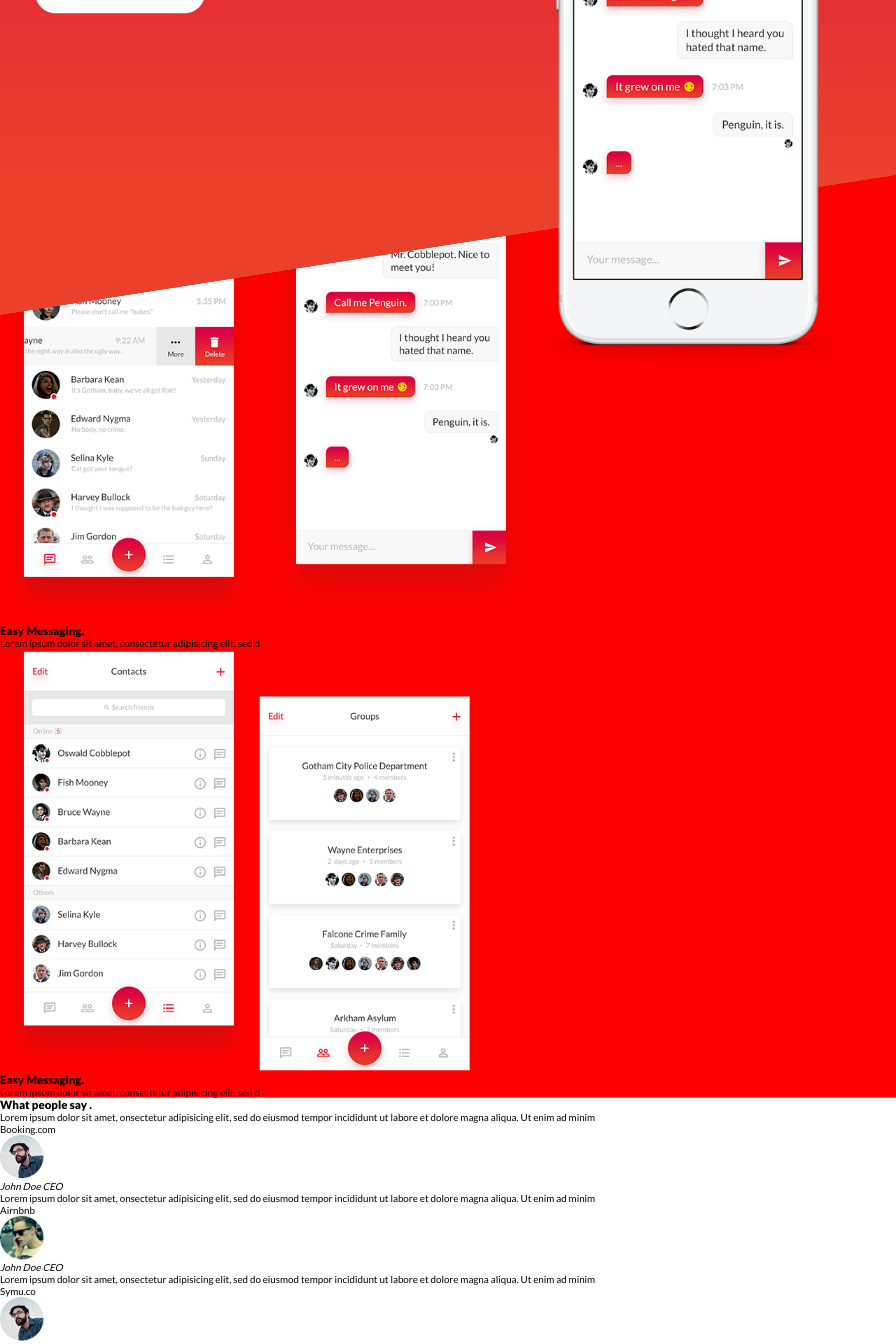
Repository: baumanmilosz/heyu
Page: index.html
These files come from the project's save history. The page is drawn as it stood at one moment and after the next save; the edit follows.
The browser window is 1280 px wide. The pictures show the part of the page from y = 660 to 2580 px (the page is 4050 px tall before and 2732 px after), at 70% of full size.
Some web libraries are served in a nearby version. The style sheet was rebuilt from its Sass, Less or Tailwind sources for each picture, by a compiler version that may differ from the author's.

Above is the page before, as saved 2019-04-12 14:40:29.

After the next save:
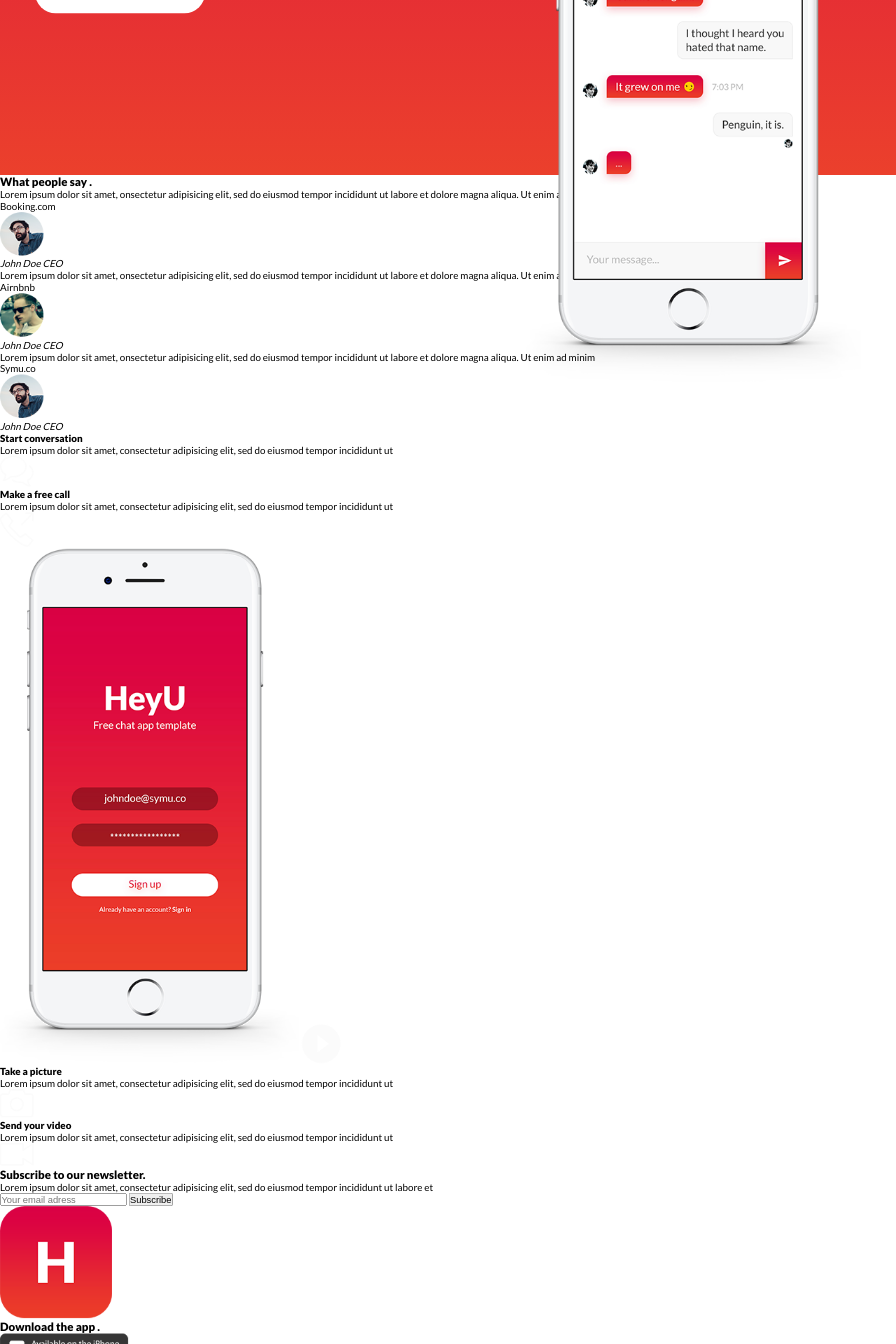
Saved 28 s later.
--- a/src/scss/style.scss
+++ b/src/scss/style.scss
@@ -158,7 +158,8 @@
     }
 
     .app-description {
-      background-color: red;
+      // background-color: red;
+      display: none;
     }
   }
 }
